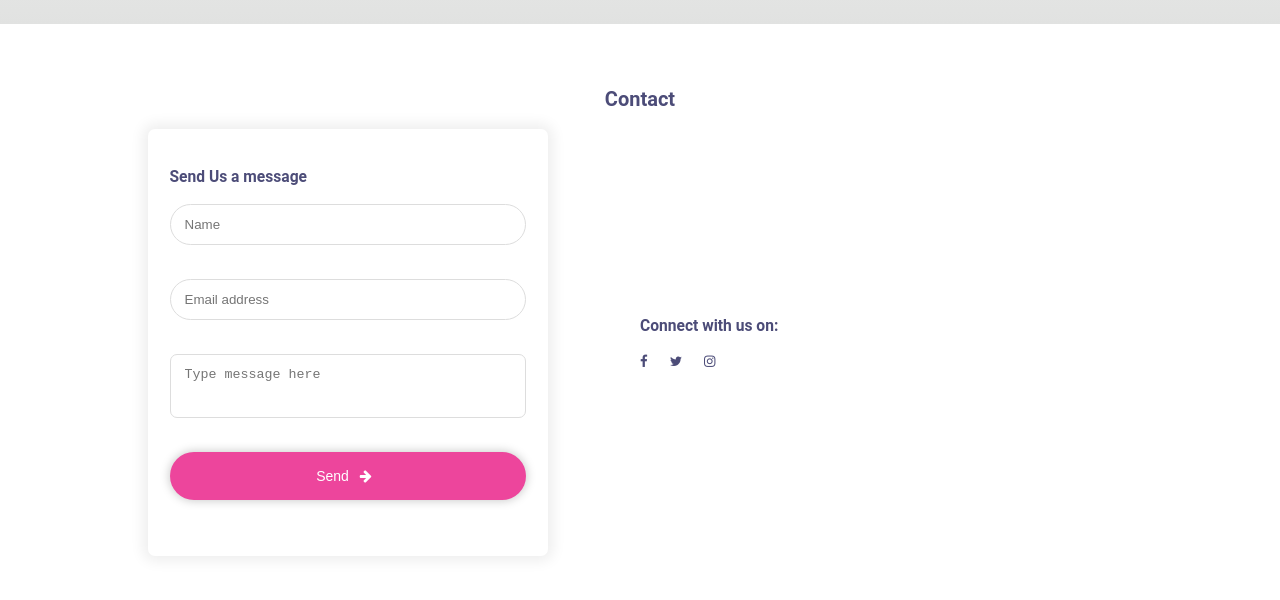
Repository: wisdomspine/emmatech-website
Page: index.html
The author's editor kept a copy of each file at every save. The page is drawn from the files as they stood at one save, then again after the next save.
The browser window is 1280 px wide. The pictures show the part of the page from y = 1532 to 2132 px (the page is 2132 px tall).
A picture or video elsewhere on the page could not be fetched, so the positions and the page height are approximate.

Above is the page before, as saved 2020-11-02 12:44:02.

### index.html
<!DOCTYPE html>
<html lang="en">

<head>
    <meta charset="UTF-8">
    <meta name="viewport" content="width=device-width, initial-scale=1.0 max-scale=1.0">
    <title>Emmatech ICT</title>
    <link rel="stylesheet" href="./assets/styles/styles.css">
    <link rel="stylesheet" href="./assets/styles/home-slide.css">
    <link rel="stylesheet" href="./assets/styles/index.css">
    <link rel="stylesheet" href="https://stackpath.bootstrapcdn.com/font-awesome/4.7.0/css/font-awesome.min.css">
</head>

<body>
    <header class="header">
        <div class="container">
            <img src="./assets/images/logo.png" alt="">
            <nav>
                <ul>
                    <li>
                        <a href="#">Contact Us</a>
                    </li>
                    <li>
                        <a href="#">About</a>
                    </li>
                    <li>
                        <a href="#">Services</a>
                    </li>
                    <li>
                        <a href="#">Portfolio</a>
                    </li>
                </ul>
            </nav>
        </div>
    </header>

    <section class="home-slide">
        <div>
            <div class="container">
                <article>
                    <header>
                        <h1>Emmatech-Tech</h1>
                        <h2>Ict Services at it's best</h2>
                    </header>
                    <p>
                        Lorem ipsum dolor, sit amet consectetur adipisicing elit. Doloremque, quo. Pariatur minima ipsam
                        animi tempora quisquam blanditiis, numquam odit asperiores. Recusandae ad eaque nam quasi
                        sapiente voluptates iure tenetur sit.

                    </p>
                </article>
                <img src="./assets/images/slide/slide1.svg" alt="">
            </div>
        </div>
        <div>
            <div class="container">
                <article>
                    <header>
                        <h1>Emmatech-Tech</h1>
                        <h2>Ict Services at it's peak</h2>
                    </header>
                    <p>
                        Lorem ipsum dolor, sit amet consectetur adipisicing elit. Doloremque, quo. Pariatur minima ipsam
                        animi tempora quisquam blanditiis, numquam odit asperiores. Recusandae ad eaque nam quasi
                        sapiente voluptates iure tenetur sit.

                    </p>
                </article>
                <div>
                    <img src="./assets/images/slide/slide2.svg" alt="">
                </div>
            </div>
        </div>
        <div>
            <div class="container">
                <article>
                    <header>
                        <h1>Emmatech-Tech</h1>
                        <h2>Ict Services at it's great</h2>
                    </header>
                    <p>
                        Lorem ipsum dolor, sit amet consectetur adipisicing elit. Doloremque, quo. Pariatur minima ipsam
                        animi tempora quisquam blanditiis, numquam odit asperiores. Recusandae ad eaque nam quasi
                        sapiente voluptates iure tenetur sit.

                    </p>
                </article>
                <div>
                    <img src="./assets/images/slide/slide3.svg" alt="">
                </div>
            </div>
        </div>
    </section>
    <section class="service-section">
        <div class="container">
            <h2 class="text-center">
                Services
            </h2>
            <div class="home-services">
                <figure>
                    <img src="./assets/images/systme-installation.png" alt="">
                    <figcaption>
                        System Installation and Maintenance
                    </figcaption>
                </figure>
                <figure>
                    <img src="./assets/images/systme-installation.png" alt="">
                    <figcaption>
                        System Installation and Maintenance
                    </figcaption>
                </figure>
                <figure>
                    <img src="./assets/images/systme-installation.png" alt="">
                    <figcaption>
                        System Installation and Maintenance
                    </figcaption>
                </figure>
            </div>

            <a href="#" class="button outline accent readmore">
                Readmore
            </a>
        </div>
    </section>
    <section class="home-portfolio">
        <div class="container">
            <header>
                <h2 class="text-center">
                    Portfolio
                </h2>
                <p class="text-center">
                    Take a glimpse of our solutions
                </p>
            </header>
            <div class="content">
                <figure>
                    <img src="https://images.unsplash.com/photo-1557597774-9d273605dfa9?ixlib=rb-1.2.1&ixid=eyJhcHBfaWQiOjEyMDd9&auto=format&fit=crop&w=500&q=80&h=500"
                        alt="">
                    <figcaption>
                        <h3>Installation of CCTV cameras in TA'AL E-Library</h3>
                        <a href="#" class="button filled accent">View Case</a>
                    </figcaption>
                </figure>
                <figure>
                    <img src="https://images.unsplash.com/photo-1557597774-9d273605dfa9?ixlib=rb-1.2.1&ixid=eyJhcHBfaWQiOjEyMDd9&auto=format&fit=crop&w=500&q=80&h=500"
                        alt="">
                    <figcaption>
                        <h3>Installation of CCTV cameras in TA'AL E-Library</h3>
                        <a href="#" class="button filled accent">View Case</a>
                    </figcaption>
                </figure>
                <figure>
                    <img src="https://images.unsplash.com/photo-1557597774-9d273605dfa9?ixlib=rb-1.2.1&ixid=eyJhcHBfaWQiOjEyMDd9&auto=format&fit=crop&w=500&q=80&h=500"
                        alt="">
                    <figcaption>
                        <h3>Installation of CCTV cameras in TA'AL E-Library</h3>
                        <a href="#" class="button filled accent">View Case</a>
                    </figcaption>
                </figure>
                <figure>
                    <img src="https://images.unsplash.com/photo-1557597774-9d273605dfa9?ixlib=rb-1.2.1&ixid=eyJhcHBfaWQiOjEyMDd9&auto=format&fit=crop&w=500&q=80&h=500"
                        alt="">
                    <figcaption>
                        <h3>Installation of CCTV cameras in TA'AL E-Library</h3>
                        <a href="#" class="button filled accent">View Case</a>
                    </figcaption>
                </figure>
            </div>
        </div>
    </section>
    <section class="home-contact">
        <div class="container">
            <h2 class="text-center">
                Contact
            </h2>
            <div class="home-contact-content">
                <div>
                    <div>
                        <h3>Send Us a message</h3>
                        <form action="#" method="POST">
                            <div>
                                <input type="text" placeholder="Name" required>
                            </div>
                            <div>
                                <input type="email" name="" id="" placeholder="Email address" required>
                            </div>
                            <div>
                                <textarea required placeholder="Type message here"></textarea>
                            </div>
                            <div>
                                <button type="submit" class="button filled accent"> Send <span
                                        class="fa fa-arrow-right"></span></button>
                            </div>
                        </form>
                    </div>
                </div>
                <div>
                    <h3>Connect with us on:</h3>
                    <ul>
                        <li>
                            <a href="#"><span class="fa fa-facebook"></span></a>
                        </li>
                        <li>
                            <a href="#"><span class="fa fa-twitter"></span></a>
                        </li>
                        <li>
                            <a href="#"><span class="fa fa-instagram"></span></a>
                        </li>
                    </ul>
                </div>
            </div>
        </div>
    </section>
</body>
<script>
    const divs = document.querySelectorAll(".home-slide > div");
    let current = 0;
    divs.forEach(e => {
        e.style.display = "none";
    })
    divs[(current++) % divs.length].style.display = "block";
    setInterval(function () {
        divs.forEach(e => {
            e.style.display = "none";
        })
        divs[(current++) % divs.length].style.display = "block";
    }, 10000)
</script>

</html>

### assets/styles/styles.css
@import "./preset.css";
@import "./page-header.css";

.container {
  max-width: 1170px;
  margin-left: auto;
  margin-right: auto;
}

.text-center{
  text-align: center;
}

.button{
  font-size: 14px;
  line-height: 21px;
  padding: 10px  14px;
  border-radius: 100px;
}

.button.filled.accent{
  background-color: var(--accent-color);
  color: white;
}

.button.outline.accent{
  border-color: var(--accent-color);
  border-width: 1px;
  border-style: solid;
  color: var(--accent-color);
}

### assets/styles/home-slide.css
@import "./variables.css";

@keyframes slide-article {
  0% {
    opacity: 0;
    position: relative;
    top: -90px;
    left: -150px;
  }

  5.5% {
    opacity: 1;
    position: relative;
    top: 0px;
    left: 0px;
  }

  90.8% {
    opacity: 1;
    position: relative;
    top: 0px;
    left: 0px;
  }

  100% {
    opacity: 0;
    position: relative;
    top: 90px;
    left: -150px;
  }
}

@keyframes slide-img {
  0% {
    opacity: 0;
    position: relative;
    top: 350px;
  }

  5.5% {
    opacity: 1;
    position: relative;
    top: 0px;
  }

  90.8% {
    opacity: 1;
    position: relative;
    top: 0px;
  }

  100% {
    opacity: 0;
    position: relative;
    top: 350px;
  }
}


.home-slide {
  height: calc(100vh - var(--header-height));
  overflow: hidden;
  background: url("../images/Confetti-Doodles.svg");
  background-size: contain;
}

.home-slide>div {
  height: 100%;
}

.home-slide>div .container {
  height: 100%;
}

.home-slide .container {
  display: flex;
  flex-flow: row nowrap;
  align-items: center;
  justify-content: space-between;
}

.home-slide .container img {
  max-width: 500px;
  animation-name: slide-img;
  animation-duration: var(--slide-animation-duration);
}

.home-slide .container article {
  max-width: 500px;
  align-self: flex-start;
  margin-top: 70px;
}

.home-slide .container article h1 {
  font-size: 24px;
  margin-bottom: 0px;
}

.home-slide .container article h2 {
  margin-top: 0px;
  opacity: 0.6;
  font-weight: 400;
  font-size: 17px;
  color: var(--accent-link-color);
}

.home-slide .container article {}

.home-slide .container article:not(:hover) {
  animation-name: slide-article;
  animation-duration: var(--slide-animation-duration);
}

.home-slide .container article p {
  font-size: 17px;
  font-weight: lighter;
  line-height: 26px;
}

### assets/styles/index.css
@import "./variables.css";

.service-section{
    background-color:white;
    padding-top: 84px;
    padding-bottom: 134px;
}

.home-services{
    display: flex;
    flex-flow: row nowrap;
    justify-content: space-between;
    align-items: flex-start;
    margin-top: 30px;;
}

.home-services figure{
    display: flex;
    flex-flow: column nowrap;
    align-items: center;
}

.home-services figure figcaption{
    font-size: 18px;
    line-height: 27px;
}

.service-section .readmore{
    float: right;
    margin-top: 24px;
}

.home-portfolio .content{
    display: flex;
    flex-direction: row;
    flex-wrap: nowrap;
    justify-content: space-between;
    overflow-x: hidden;
    height: 250px;
    margin-left: -20px;
}
.home-portfolio .content figure{
    height: 100%;
    position: relative;
    margin: 0px;
    margin-left: 30px;
    border-radius: 300px;
    overflow: hidden;

}

.home-portfolio .content figure img{
    max-height: 100%;
    border-radius: inherit;
}

.home-portfolio {
    padding-top: 18px;
    padding-bottom: 44px;
    background: linear-gradient(to bottom, white, var(--bg-color));
}

.home-portfolio header>p{
    margin-bottom: 34px;
}

.home-portfolio .content figure figcaption{
    height: 100%;
    position: absolute;
    top: 0;
    display: flex;
    flex-flow: column;
    flex-wrap: nowrap;
    justify-content: center;
    padding: 14px;
    backdrop-filter: brightness(40%);
    align-items: center;
    border-radius: inherit;
    transition: all  1s;


}

.home-portfolio .content figure:not(:hover)  figcaption{
    opacity: 0;
}

.home-portfolio .content figure figcaption h3{
    color: #ffffff;
    text-align: center;
    line-height: 1.8;
}

.home-contact{
    background-color: #ffffff;
    padding: 44px 0px;
}

.home-contact .home-contact-content{
    display: flex;
    flex-flow: row nowrap;
    justify-content: space-around;
    align-items: center;
}
.home-contact .home-contact-content>div{
    width: 50%;
}

.home-contact .home-contact-content>div:first-child{
    display: flex;
    flex-flow: column nowrap;
    align-items: center;

}

.home-contact .home-contact-content>div:first-child>div{
    max-width: 500px;
    min-width: 400px;
    box-shadow: 0px 0px 14px 5px #eeeeee;
    padding: 22px;
    border-radius: 7px;
}

.home-contact .home-contact-content>div:first-child form{
    display: flex;
    flex-flow: column nowrap;
    align-items: stretch;
}

.home-contact .home-contact-content>div:first-child form div{
    display: flex;
    flex-flow: column nowrap;
    align-items: stretch;
}

.home-contact .home-contact-content>div:first-child form div{
    margin-bottom: 34px;
}

input, textarea{
    padding: 12px 14px;
    border-radius: 100px;
    border: 1px solid #dddddd;
}

input, textarea, input:hover, input:active, textarea:hover, textarea:active{
    outline-width: 0px;
}
textarea{
    resize: none;
    border-radius: 7px;
    height: 64px;
}

.home-contact button{
    border: none;
    box-shadow: 0px 0px 10px  1px #cccccc;
    cursor: pointer;
    transition: .5s ease-in-out;
}
.home-contact button:hover{
    box-shadow: none;
    outline-width: 0px;
}
.home-contact button:active{
    opacity: .2;
}

.home-contact button span{

    color: white;
    padding: 7px;
}

.home-contact .home-contact-content>div:last-child ul{
    list-style: none;
    display: flex;
    padding: 0px;
}

.home-contact .home-contact-content>div:last-child ul li:not(:first-child){
    margin-left: 22px;
}

### assets/styles/preset.css
/* @font-face {
  font-family: "Roboto";
  src: "../fonts/Roboto /Roboto-Regular.ttf";
} */
@import "./variables.css";

* {
  box-sizing: border-box;
  text-rendering: optimizeLegibility;
  -webkit-font-smoothing: antialiased;
  -moz-osx-font-smoothing: grayscale;
  font-kerning: auto;
  color: var(--text-color);
}

html {
  font-size: 10pt;
  line-height: 1.4;
  font-weight: 400;
  font-family: "Roboto";
  -webkit-text-size-adjust: 100%;
}

body {
  margin: 0;
  background-color: var(--bg-color);
}

a,
a:hover,
a:active,
a:focus {
  text-decoration: none;
}

### assets/styles/page-header.css
@import "./variables.css";
.header {
  display: flex;
  flex-flow: row nowrap;
  justify-content: space-between;
  padding: var(--padding-large);
  height: var(--header-height);
  overflow: hidden;
  background-color: var(--card-color);
}

.header .container {
  display: flex;
  flex-flow: row nowrap;
  justify-content: space-between;
}

.header img {
  display: inline-block;
  height: 100%;
}

.header nav ul {
  list-style: none;
  display: flex;
  flex-flow: row nowrap;
  padding: 0;
  margin: 0;
}

.header nav ul li {
  padding: var(--padding-mid);
}

.header nav ul a {
  color: var(--accent-link-color);
}
.header nav ul a:hover {
  opacity: 0.9;
}

### assets/styles/variables.css
:root {
  --bg-color: #e1e2e1;
  --padding-large: 24px;
  --padding-mid: 18px;
  --header-height: 100px;
  --card-color: #ffffff;
  --accent-link-color: #ed459c;
  --accent-color: #ed459c;

  --text-color: #4C4C78;
  --slide-animation-duration: 10s;
}

Loaded but not shown: assets/images/slide/slide1.svg (1 lines, source omitted)

After the next save:
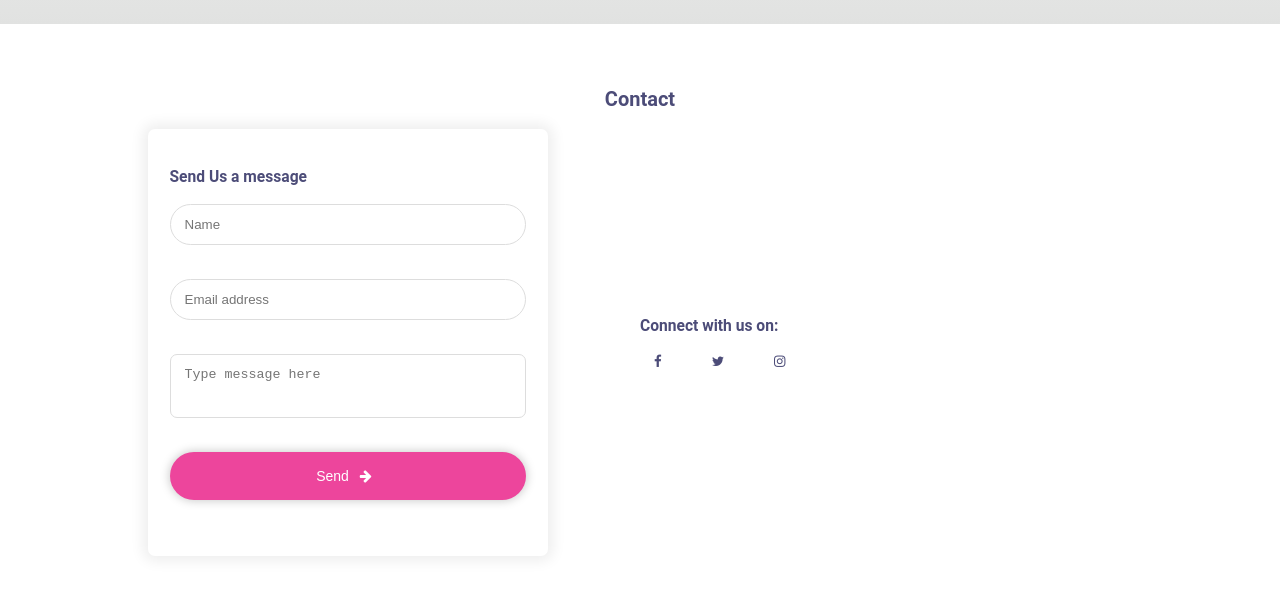
Saved 28 s later.
--- a/assets/styles/index.css
+++ b/assets/styles/index.css
@@ -181,3 +181,7 @@ textarea{
 .home-contact .home-contact-content>div:last-child ul li:not(:first-child){
     margin-left: 22px;
 }
+
+.home-contact .home-contact-content>div:last-child ul li a{
+    padding: 14px;
+}
